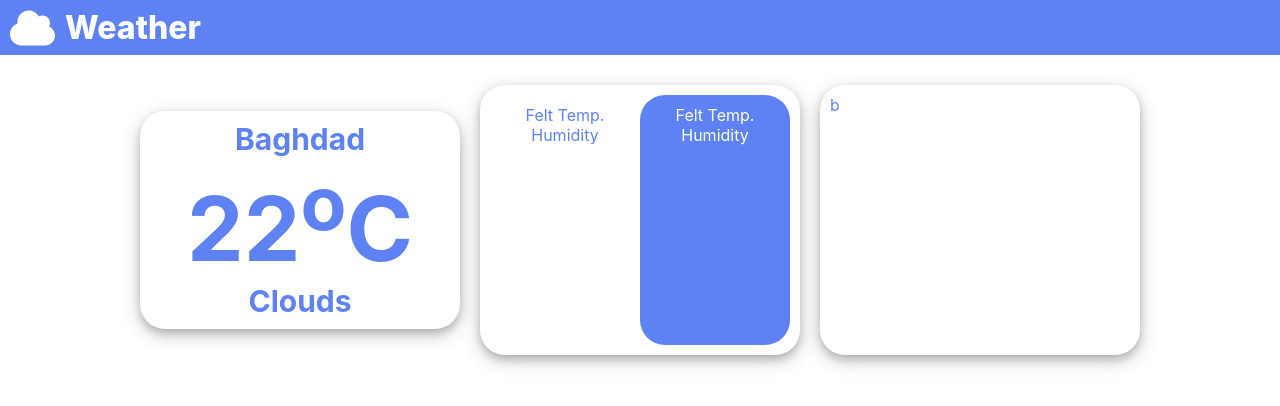
Repository: ahmedazawi/weather-app
Page: /
An editor plug-in stored every save of this project. The page is shown before and after a run of saves, followed by the edit.
The browser window is 1280 px wide. The pictures show the whole page.
The project was rebuilt for these pictures with package versions that can differ from the ones it lists, and the page was loaded fresh each time.

Above is the page before, as saved 2022-11-29 21:51:49.

### src/App.js
import "./App.css";
import Header from "./layout/Header";
import Details from "./components/Details";
function App() {
  return (
    <div className="App">
      <Header />
      <Details />
    </div>
  );
}

export default App;

### src/App.css
body {
  --primaryColor: #5e82f4;
  --borderRadius: 25px;
}

.nav {
  display: flex;
  align-items: center;
  height: 55px;
  background-color: var(--primaryColor);
}

### src/layout/Header.js
import React from "react";
import { FontAwesomeIcon } from "@fortawesome/react-fontawesome";
import { faCloud } from "@fortawesome/free-solid-svg-icons";
const Header = () => {
  return (
    <div className="nav">
      <div>
        <FontAwesomeIcon
          className="f-icon"
          icon={faCloud}
          color="White"
          style={{ marginLeft: "10px", fontSize: "40px" }}
        />
      </div>

      <h1 style={{ color: "white", marginLeft: "10px", fontWeight: "800" }}>
        Weather
      </h1>
    </div>
  );
};

export default Header;

### src/components/Details.js
import React from "react";
import "../assets/css/details.css";
const Details = () => {
  return (
    <div className="main">
      <div className="big-cards">
        <div>
          <div>Baghdad</div>
          <div
            style={{
              fontSize: "90px",
            }}
          >
            22<sup>o</sup>C
          </div>
          <div>Clouds</div>
        </div>
        <div>
          <div className="line-a">
            <span>Felt Temp.</span>
            <span>Humidity</span>
          </div>
          <div className="line-b">
            <span>Felt Temp.</span>
            <span>Humidity</span>
          </div>
        </div>
        <div>b</div>
      </div>
    </div>
  );
};

export default Details;

### src/assets/css/details.css
.main {
  width: 100%;
  display: flex;
  flex-direction: column;
}

.big-cards {
  width: 100%;
  min-height: fit-content;
  display: flex;
  flex-direction: row;
  flex-wrap: wrap;
  gap: 20px;
  align-items: center;
  justify-content: center;
  margin-top: 30px;
  color: var(--primaryColor);
}
.big-cards > div {
  width: 300px;
  height: 250px;
  background-color: white;
  padding: 10px;
  border-radius: var(--borderRadius);
  box-shadow: 0 4px 8px 0 rgba(0, 0, 0, 0.2), 0 6px 20px 0 rgba(0, 0, 0, 0.19);
}
.big-cards > div:first-child {
  display: flex;
  flex-direction: column;
  align-items: center;
  height: 100%;
}
.big-cards > div:first-child > div {
  font-size: 30px;
  font-weight: bold;
}
.big-cards > div:nth-child(2) {
  display: flex;
  flex-direction: row;
  justify-content: space-between;
}
.big-cards > div:nth-child(2) > div {
  display: flex;
  flex-direction: column;
  align-items: center;
  padding: 10px;
  width: 50%;
}
.line-a {
}
.line-b {
  color: white;
  background-color: var(--primaryColor);
  border-radius: var(--borderRadius);
}

Loaded but not shown: public/index.html (common file); src/index.js (common file); src/index.css (common file)

After the next 2 saves:
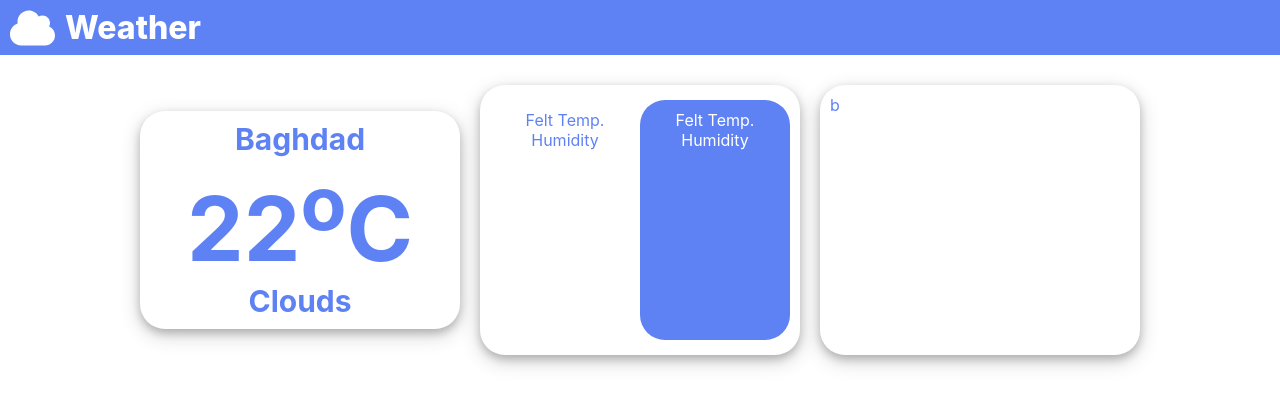
The 2 saves are shown as one change because they came seconds apart.
The last was saved 26 s later.
--- a/src/assets/css/details.css
+++ b/src/assets/css/details.css
@@ -45,6 +45,7 @@
   align-items: center;
   padding: 10px;
   width: 50%;
+  margin: 5px 0;
 }
 .line-a {
 }

After the save that followed:
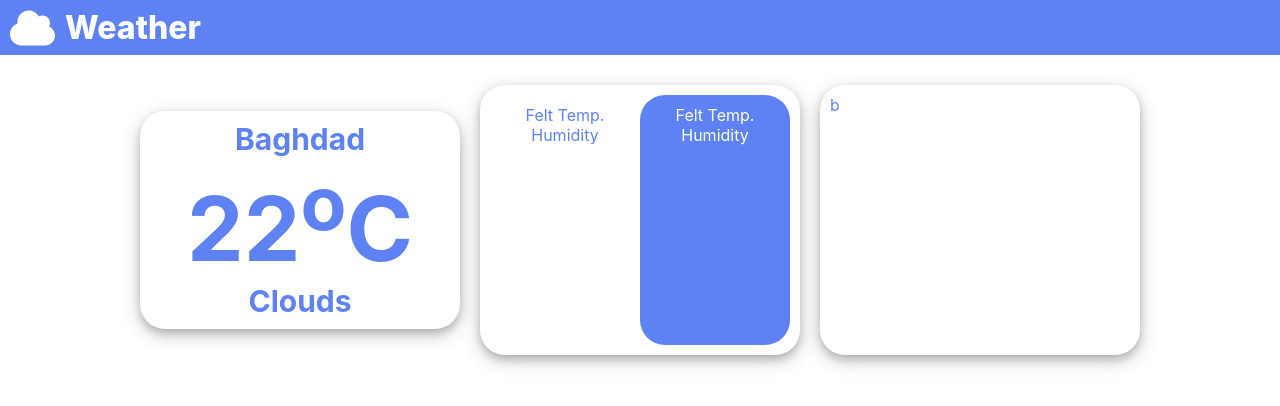
Saved 11 s later.
--- a/src/assets/css/details.css
+++ b/src/assets/css/details.css
@@ -45,7 +45,6 @@
   align-items: center;
   padding: 10px;
   width: 50%;
-  margin: 5px 0;
 }
 .line-a {
 }
